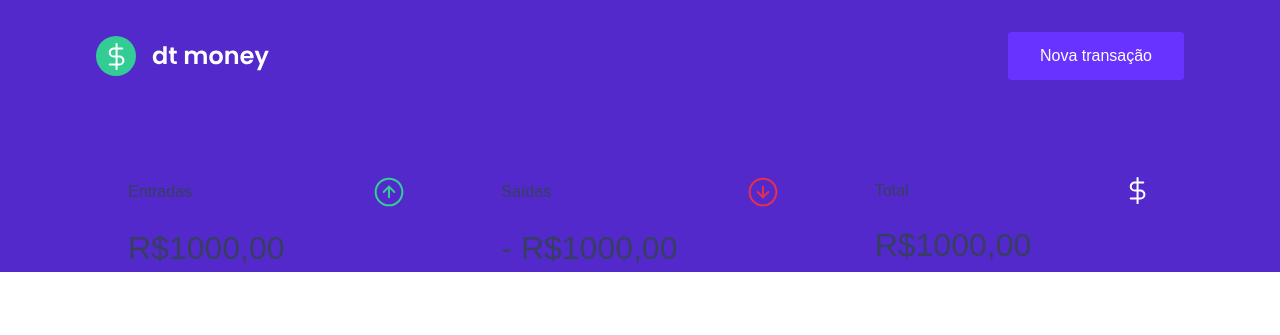
Repository: joaovnogueira/dtmoney
Page: /
The author's editor kept a copy of each file at every save. The page is drawn from the files as they stood at one save, then again after the next save.
The browser window is 1280 px wide. The pictures show the whole page.
The project was rebuilt for these pictures with package versions that can differ from the ones it lists, and the page was loaded fresh each time.

Above is the page before, as saved 2022-06-21 14:41:22.

After the next save:
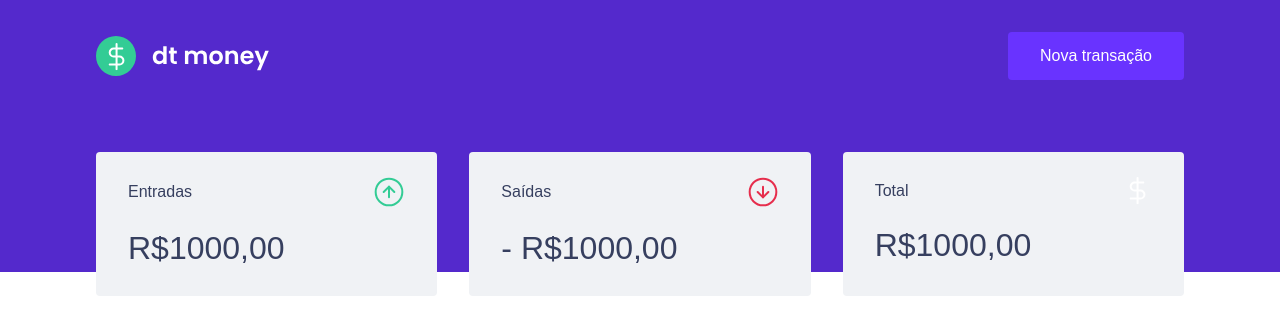
Saved 6 s later.
--- a/src/components/summary/styles.ts
+++ b/src/components/summary/styles.ts
@@ -7,7 +7,7 @@ export const Container = styled.div`
     margin-top: -10rem;
 
     div {
-        background: var(-);
+        background: var(--background);
         padding: 1.5rem 2rem;
         border-radius: 0.25rem;
         color: var(--text-title);
